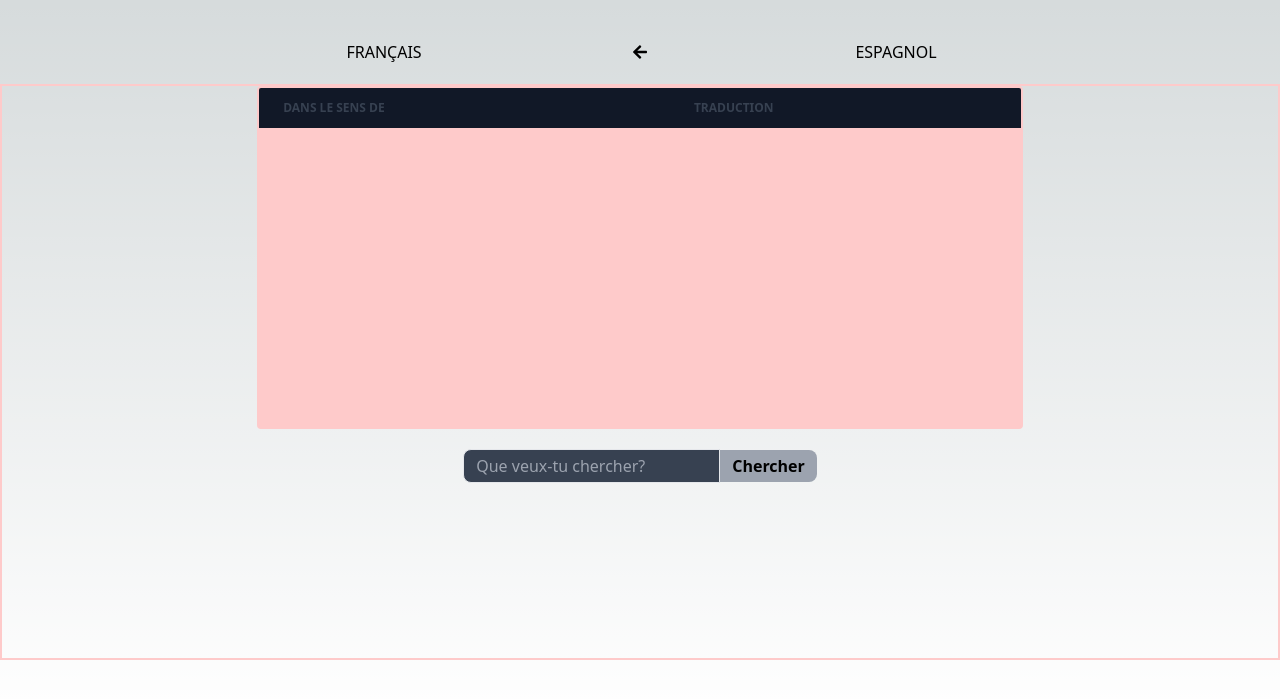
Repository: All-Khwarizmi/Dico
Page: /
An editor plug-in stored every save of this project. The page is shown before and after the next save, followed by the edit.
The browser window is 1280 px wide. The pictures show the whole page.
The project was rebuilt for these pictures with package versions that can differ from the ones it lists, and the page was loaded fresh each time. The framework's server and built-in components were replaced by stand-ins that run in the browser. Also part of the build but not shown: next.config.js, vite.config.ts.

Above is the page before, as saved 2023-02-17 18:30:49.

After the next save:
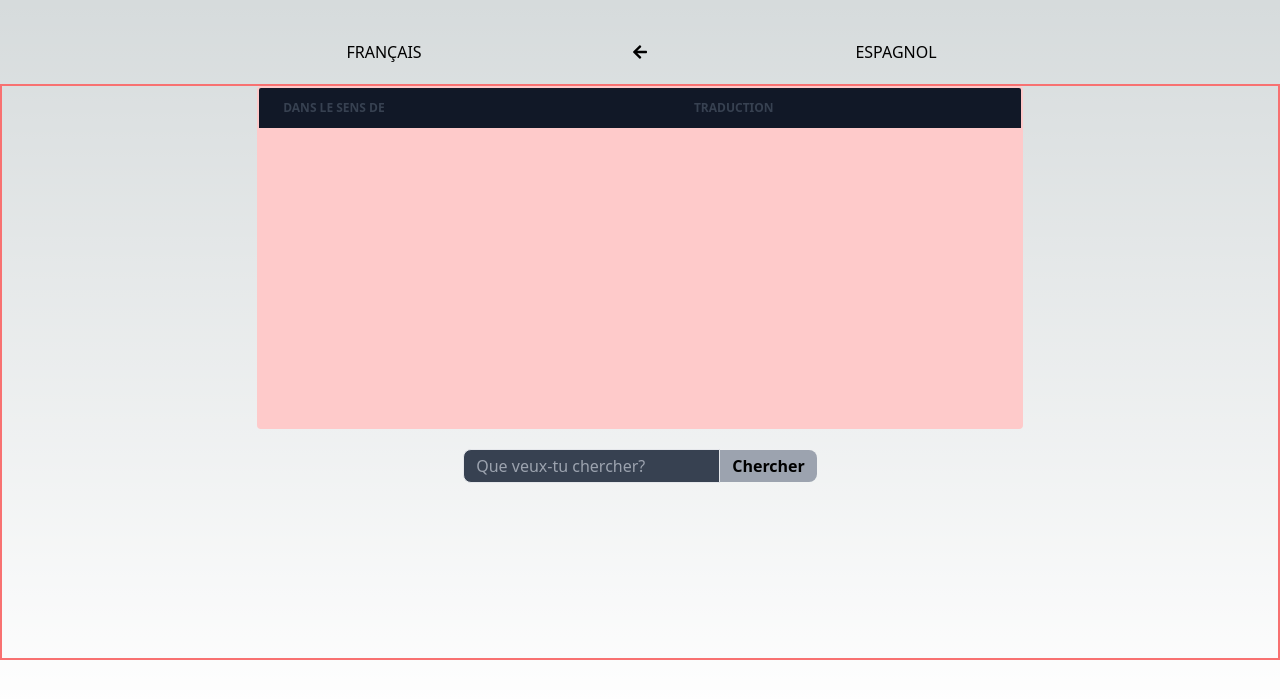
Saved 9 s later.
--- a/src/app/page.tsx
+++ b/src/app/page.tsx
@@ -107,7 +107,7 @@ export default function Home() {
           </div>
         )}
       </div>
-      <div className='flex h-[80%] flex-col border border-red-200 border-2 items-center gap-5'>
+      <div className='flex h-[80%] flex-col border border-red-400 border-2 items-center gap-5'>
         <div className=' h-[60%] max-h-[80%] w-[60%] overflow-scroll rounded border-2 border-solid border-red-200 bg-red-200'>
           <div className='text-black '>
             <div className=''>
